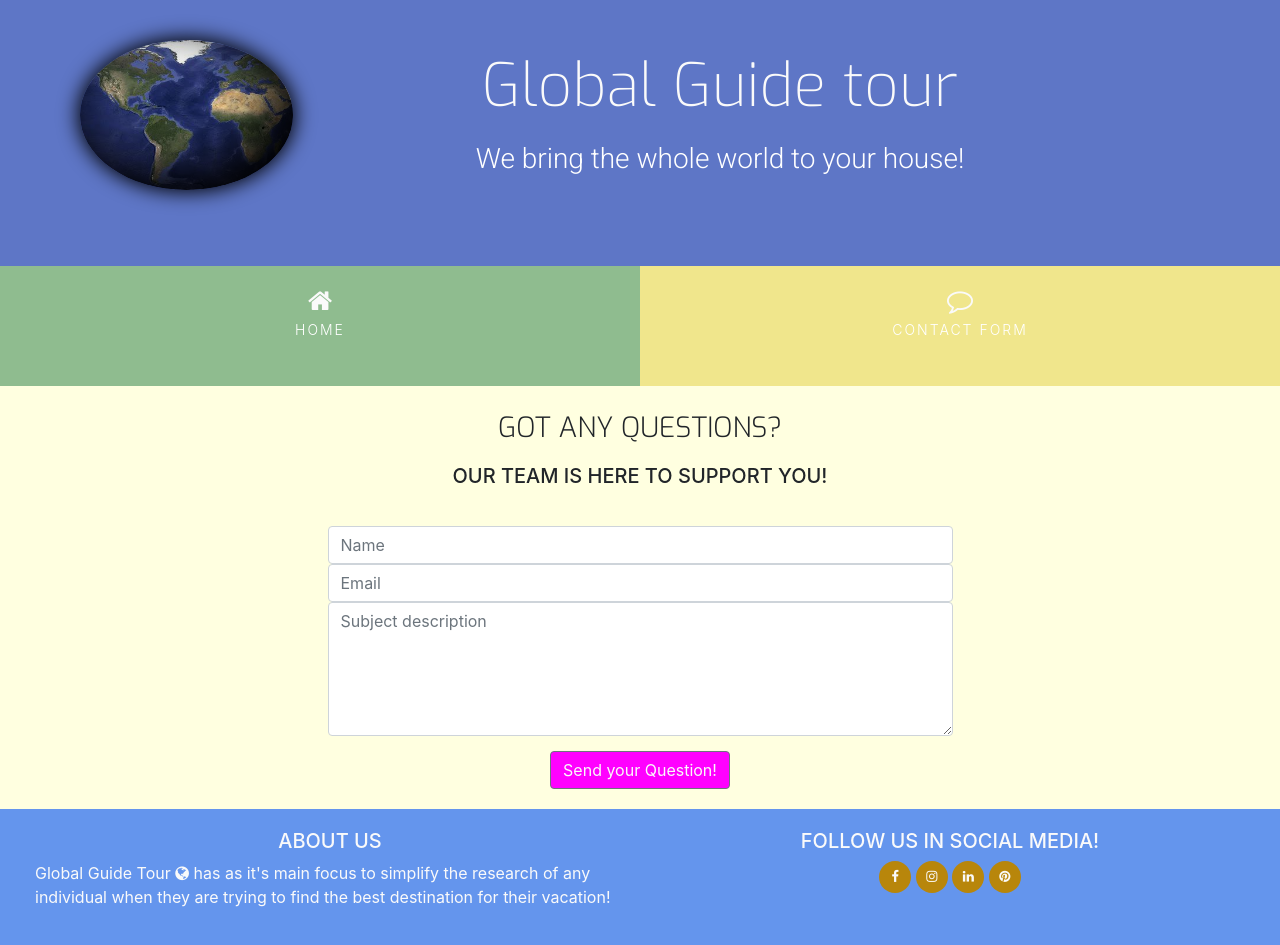
Repository: Bumper0417/2nd-Milestone-Project-with-Javascript
Page: contact-form.html
The author's editor kept a record of every edit. The page is drawn from the files as they stood at one moment, then again after the next edit.
The browser window is 1280 px wide. The pictures show the whole page.
Some web libraries are served in a nearby version.

Above is the page before.

After the next edit:
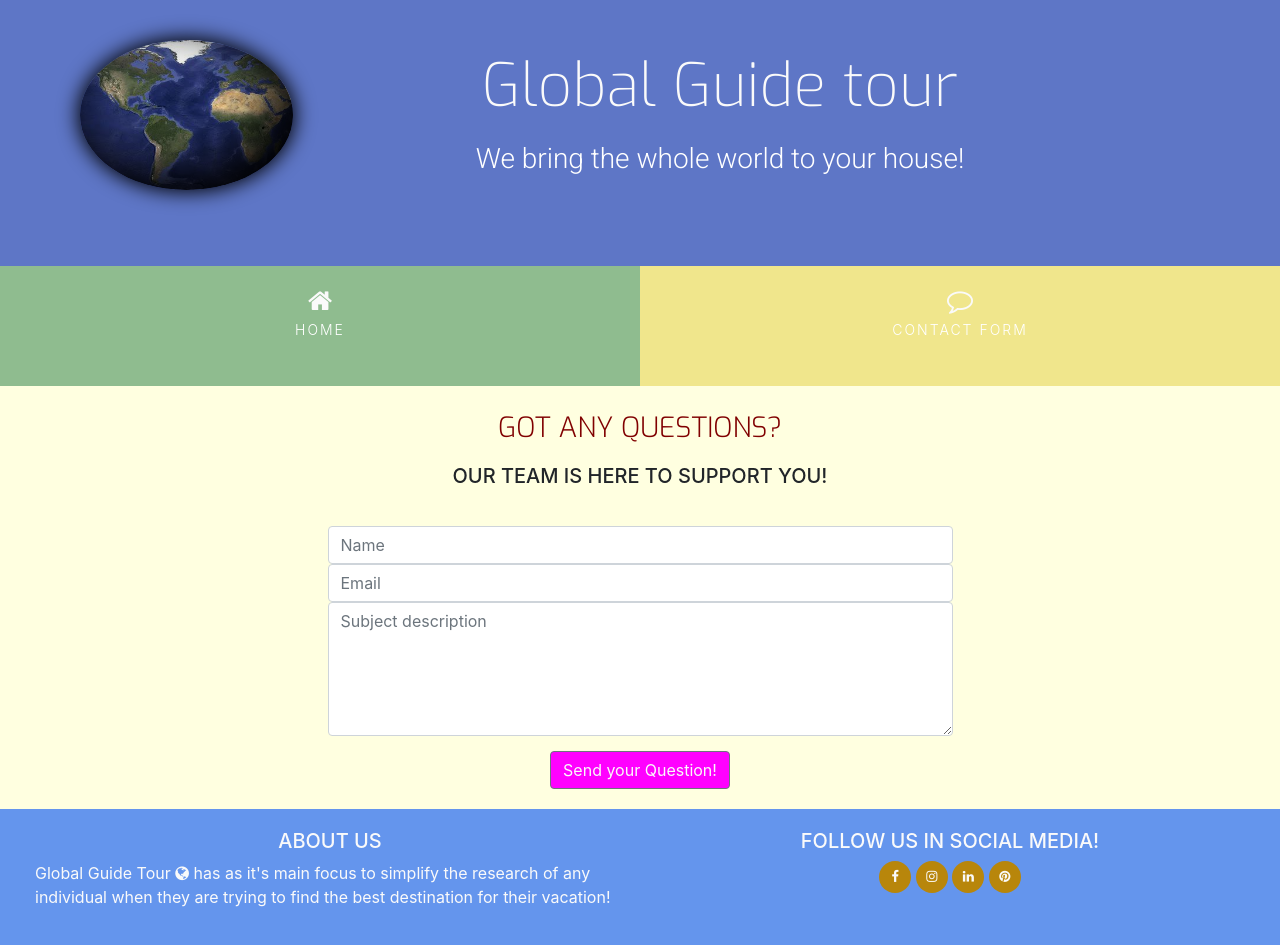
The edit:
--- a/assets/css/style.css
+++ b/assets/css/style.css
@@ -256,8 +256,11 @@
     font-weight: 300;
     margin-top: 25px;
     margin-bottom: 20px;
-
-}
+    color:	#800000;
+}
+
+.uppercase{
+    text-transform: uppercase;}
 
 .center-form{
     padding-top: 10px;
